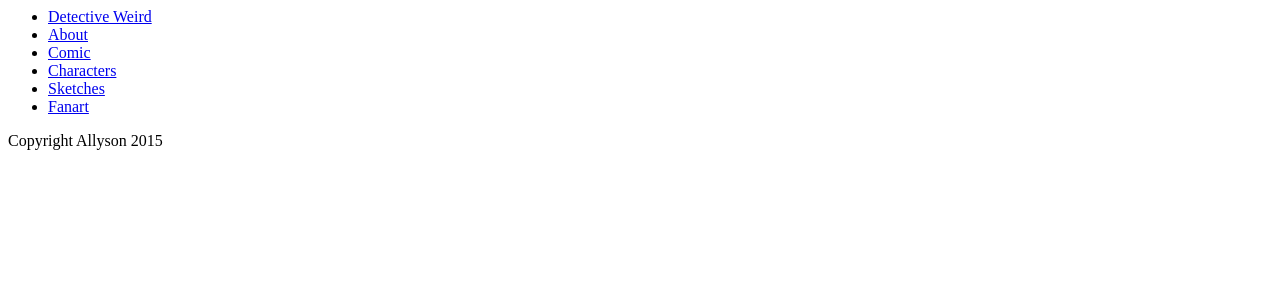
Repository: Prinnyoverlordally/detectiveweird.github.io
Page: _includes/footer.html
The author's editor kept a record of every edit. The page is drawn from the files as they stood at one moment, then again after the next edit.
The browser window is 1280 px wide. The pictures show the whole page.

Above is the page before.

### _includes/footer.html
<ul class="nav">
    <li>
        <a href="/">Detective Weird</a>
    </li>
    <li>
        <a href="/about/">About</a>
    </li>
    <li>
        <a href="/">Comic</a>
    </li>
    <li>
        <a href="/characters/">Characters</a>
    </li>
    <li>
        <a href="/">Sketches</a>
    </li>
    <li>
        <a href="/">Fanart</a>
    </li>
</ul>
<div class="copyright">Copyright Allyson 2015</div>

After the next edit:
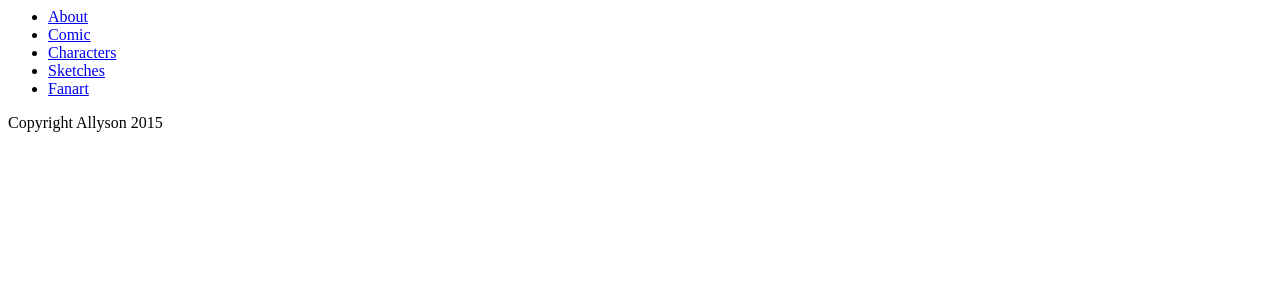
The edit:
--- a/_includes/footer.html
+++ b/_includes/footer.html
@@ -1,7 +1,4 @@
 <ul class="nav">
-    <li>
-        <a href="/">Detective Weird</a>
-    </li>
     <li>
         <a href="/about/">About</a>
     </li>
